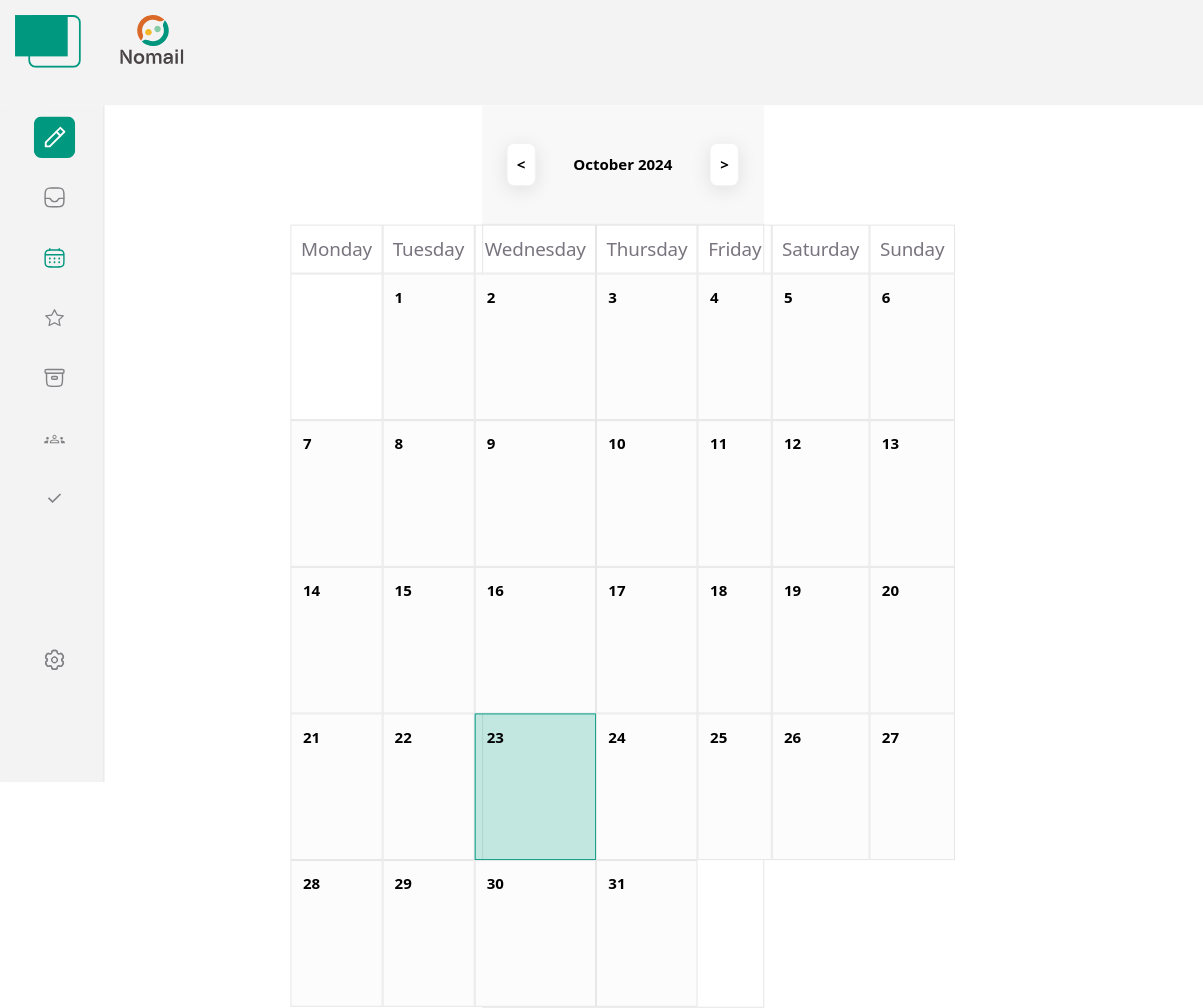
Repository: Tofigkh1/Nomail-App
Page: /calendar
An editor plug-in stored every save of this project. The page is shown before and after the next save, followed by the edit.
The browser window is 1280 px wide. The pictures show the whole page, at 94% of full size.
The project was rebuilt for these pictures with package versions that can differ from the ones it lists, and the page was loaded fresh each time. The framework's server and built-in components were replaced by stand-ins that run in the browser. Also part of the build but not shown: next.config.mjs, components/shared/svg/calendarSvg.jsx.

Above is the page before, as saved 2024-10-23 03:17:37.

After the next save:
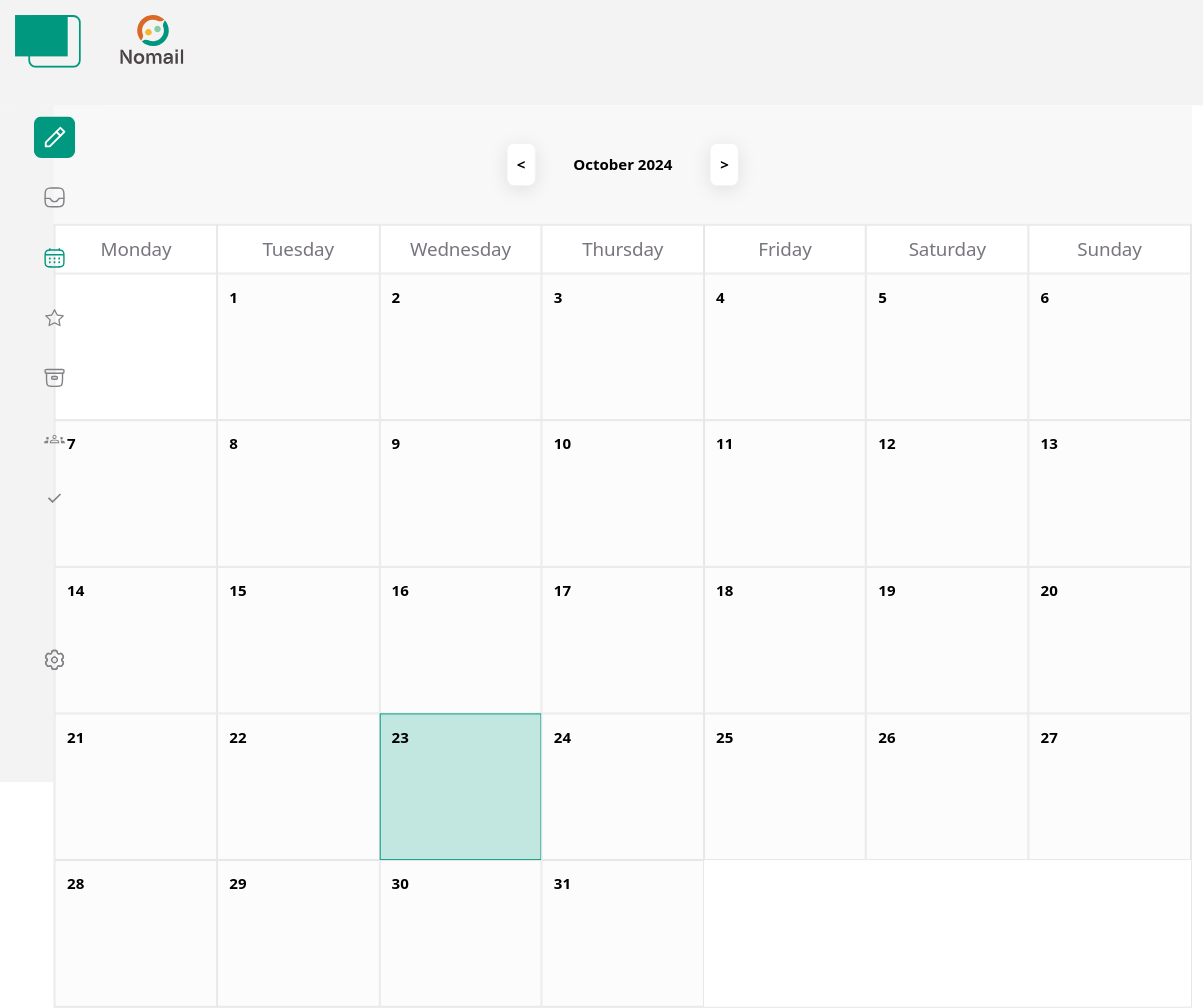
Saved 9 s later.
--- a/components/shared/client/Calendar/Calendar.css
+++ b/components/shared/client/Calendar/Calendar.css
@@ -1,5 +1,5 @@
 .calendar-container {
-    width: 300px;
+    width: 98%;
     background-color: #f8f8f8;
     color: black;
     margin: 0 auto;
